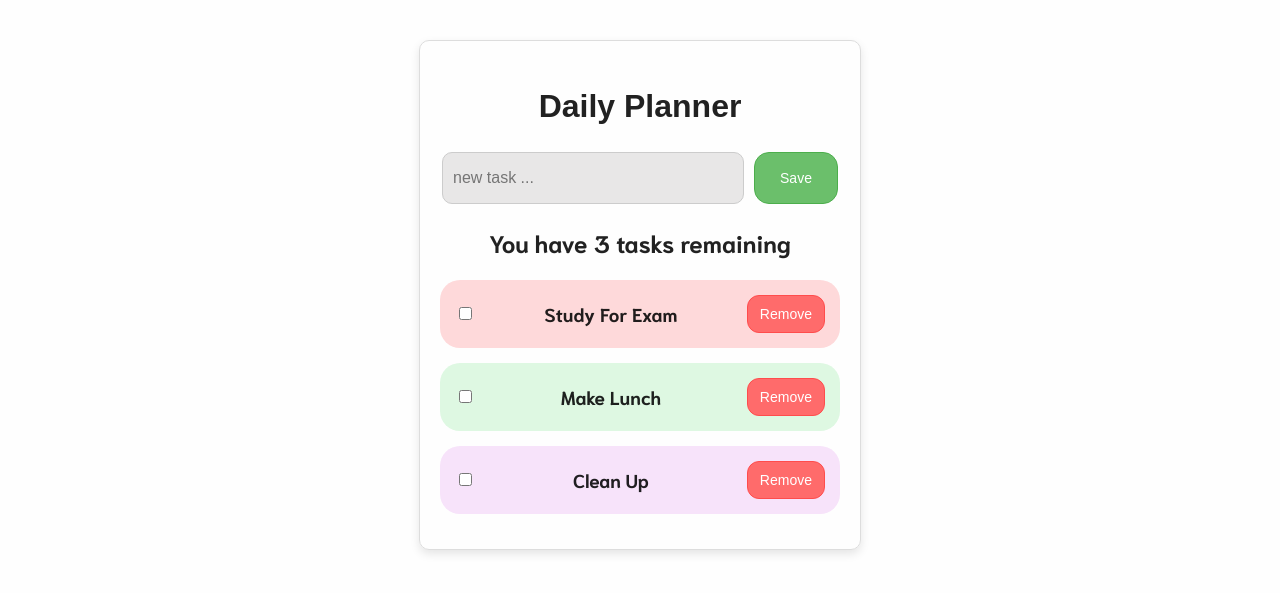
Repository: Zalida-Khan/Frontend-Lab4
Page: /
The author's editor kept a copy of each file at every save. The page is drawn from the files as they stood at one save, then again after the next save.
The browser window is 1280 px wide. The pictures show the whole page.
Some web fonts or font styles are not loaded; a fallback is used. The project was rebuilt for these pictures with package versions that can differ from the ones it lists, and the page was loaded fresh each time. Also part of the build but not shown: vite.config.js.

Above is the page before, as saved 2024-10-22 21:32:14.

### index.html
<!doctype html>
<html lang="en">

<head>
  <meta charset="UTF-8" />
  <link rel="icon" type="image/svg+xml" href="/vite.svg" />
  <meta name="viewport" content="width=device-width, initial-scale=1.0" />
  <title>Day Planner</title>
</head>

<body>
  <div id="root"></div>
  <script type="module" src="/src/main.jsx"></script>
</body>

</html>

### src/App.jsx
import "./App.css";
import React, { useState } from "react";
import Task from "./components/Task";
import TaskForm from "./components/TaskForm";

function App() {
  const [tasks, setTasks] = useState([
    { id: 1, text: "Study For Exam", completed: false },
    { id: 2, text: "Make Lunch", completed: false },
    { id: 3, text: "Clean Up", completed: false },
  ]);

  const addTask = (text) =>
    setTasks([...tasks, { id: Date.now(), text, completed: false }]);

  const toggleTask = (id) =>
    setTasks(
      tasks.map((task) =>
        task.id === id ? { ...task, completed: !task.completed } : task
      )
    );

  const removeTask = (id) => setTasks(tasks.filter((task) => task.id !== id));

  const remainingTasks = tasks.filter((task) => !task.completed).length;

  return (
    <div className="app">
      <header>
        <h1>Daily Planner</h1>
      </header>
      <TaskForm addTask={addTask} />
      <h2>
        You have {remainingTasks}{" "}
        {remainingTasks === 1 ? "task" : "tasks"} remaining
      </h2>
      <div className="task-list">
        {tasks.map((task) => (
          <Task
            key={task.id}
            task={task}
            toggleTask={toggleTask}
            removeTask={removeTask}
          />
        ))}
      </div>
    </div>
  );
}

export default App;

### src/index.css
:root {
  font-family: Inter, system-ui, Avenir, Helvetica, Arial, sans-serif;
  line-height: 1.5;
  font-weight: 400;

  color-scheme: light dark;
  color: rgba(0, 0, 0, 0.87);
  background-color: #fefefe;

  font-synthesis: none;
  text-rendering: optimizeLegibility;
  -webkit-font-smoothing: antialiased;
  -moz-osx-font-smoothing: grayscale;
}

### src/App.css
@font-face {
  font-family: "Ruska";
  src: url("../fonts/RuskaDisplay-Regular.otf") format("opentype");
  font-weight: normal;
  font-style: normal;
}

@font-face {
  font-family: "Niramit";
  src: url("../fonts/Niramit-Bold.ttf") format("truetype");
  font-weight: normal;
  font-style: normal;
}

#root {
  max-width: 1280px;
  margin: 0 auto;
  padding: 2rem;
  text-align: center;
  font-family: "Niramit", sans-serif;
}

.app {
  width: 400px;
  margin: 0 auto;
  padding: 20px;
  font-family: "Niramit", sans-serif;
  border: 1px solid #ddd;
  border-radius: 10px;
  box-shadow: 0 4px 10px rgba(0, 0, 0, 0.1);
}

h1 {
  font-family: "Ruska", sans-serif;
  font-weight: 50px;
}

.task-list {
  margin-top: 20px;
}

.task {
  display: flex;
  align-items: center;
  justify-content: space-between;
  margin-bottom: 15px;
  padding: 15px;
  border-radius: 20px;
  font-family: "Niramit", sans-serif;
}

.task:nth-child(6n+1) {
  background-color: #fed9da;
}

.task:nth-child(6n+2) {
  background-color: #def8e2;
}

.task:nth-child(6n+3) {
  background-color: #f7e3fa;
}

.task:nth-child(6n+4) {
  background-color: #ffe5db;
}

.task:nth-child(6n+5) {
  background-color: #fafcd4;
}

.task:nth-child(6n) {
  background-color: #dde0fa;
}

.task h3 {
  margin: 0;
  flex-grow: 1;
  text-decoration: none;
  font-family: "Niramit", sans-serif;
}

.task.completed h3 {
  text-decoration: line-through;
}

.toggle {
  appearance: none;
  width: 20px;
  height: 20px;
  border-radius: 50%;
  border: 2px solid #aba7a7;
  background-color: transparent;
  cursor: pointer;
  margin-right: 10px;
  transition: background-color 0.3s, border 0.3s;
}

.toggle:checked {
  background-color: #198754;
  border: 2px solid #198754;
}

.delete-btn {
  padding: 10px 12px;
  border-radius: 12px;
  background-color: #ff6b6b;
  border: 1px solid #ff4c4c;
  color: white;
  cursor: pointer;
  font-size: 14px;
  transition: background-color 0.3s;
}

.delete-btn:hover {
  background-color: #ff4c4c;
}

.save-btn {
  padding: 17px 25px;
  border-radius: 15px;
  background-color: #6bbf6b;
  border: 1px solid #4cae4c;
  color: white;
  cursor: pointer;
  font-size: 14px;
  transition: background-color 0.3s;
}

.save-btn:hover {
  background-color: #4cae4c;
}

.input-field {
  width: 70%;
  height: 30px;
  padding: 10px;
  border-radius: 10px;
  background-color: #e8e7e7;
  margin-right: 10px;
  border: 1px solid #ccc;
  font-size: 16px;
  outline: none;
  color: black;
  transition: border-color 0.3s;
}

.input-field:focus {
  border-color: #000000;
}

### src/components/Task.jsx
import React from 'react';

function Task({ task, toggleTask, removeTask }) {
  return (
    <div className={`task ${task.completed ? 'completed' : ''}`}>
      <input className="checkmark" type="checkbox" checked={task.completed} onChange={() => toggleTask(task.id)} />
      <h3>{task.text}</h3>
      <button className="delete-btn" onClick={() => removeTask(task.id)}>Remove</button>
    </div>
  );
}

export default Task;

### src/components/TaskForm.jsx
import React, { useState } from 'react';

function TaskForm({ addTask }) {
  const [text, setText] = useState('');

  const handleSubmit = (e) => {
    e.preventDefault();
    if (text.trim()) {
      addTask(text);
      setText('');
    }
  };

  return (
    <form onSubmit={handleSubmit}>
      <input className="input-field" type="text" value={text} onChange={(e) => setText(e.target.value)} placeholder="new task ..." />
      <button className="save-btn" type="submit">Save</button>
    </form>
  );
}

export default TaskForm;

Loaded but not shown: src/main.jsx (common file)

After the next save:
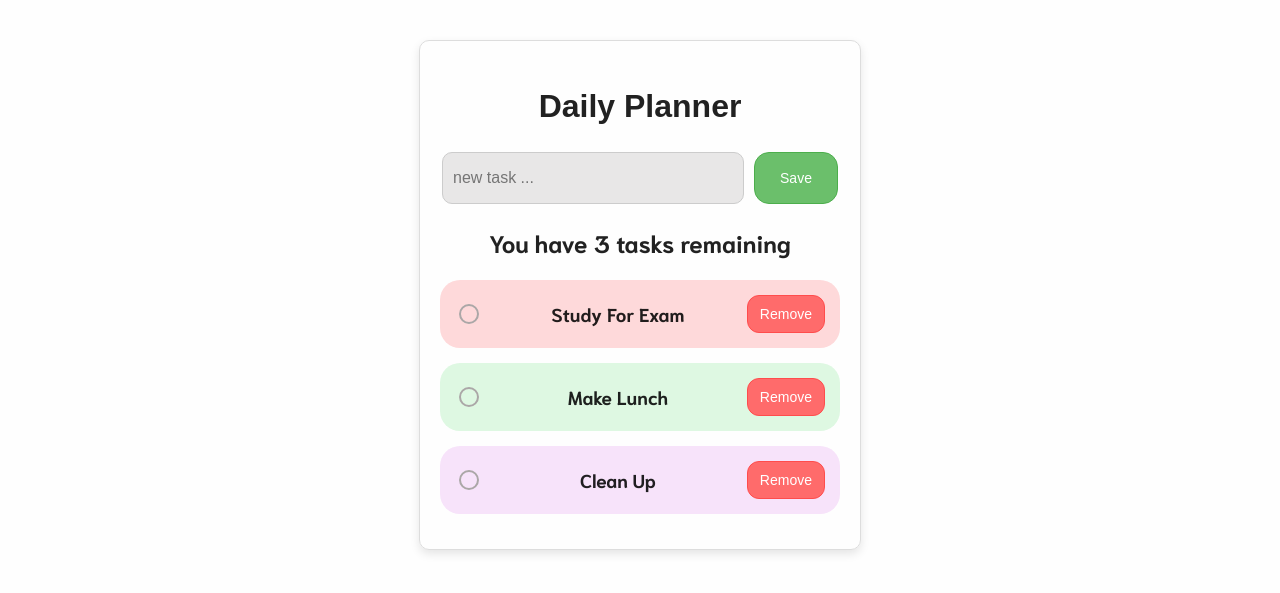
Saved 49 s later.
--- a/src/App.css
+++ b/src/App.css
@@ -84,21 +84,25 @@ h1 {
   text-decoration: line-through;
 }
 
-.toggle {
+.checkmark {
   appearance: none;
   width: 20px;
   height: 20px;
   border-radius: 50%;
   border: 2px solid #aba7a7;
-  background-color: transparent;
+  background-color: transparent; /* Transparent background by default */
   cursor: pointer;
   margin-right: 10px;
-  transition: background-color 0.3s, border 0.3s;
+  transition: background-color 0.3s, border-color 0.3s;
 }
 
-.toggle:checked {
-  background-color: #198754;
-  border: 2px solid #198754;
+.checkmark:checked {
+  background-color: #198754; /* Fill color when checked */
+  border: 2px solid #198754; /* Optional: match border color */
+}
+
+.checkmark:checked::after {
+  content: ''; /* Keep empty for filled effect */
 }
 
 .delete-btn {
